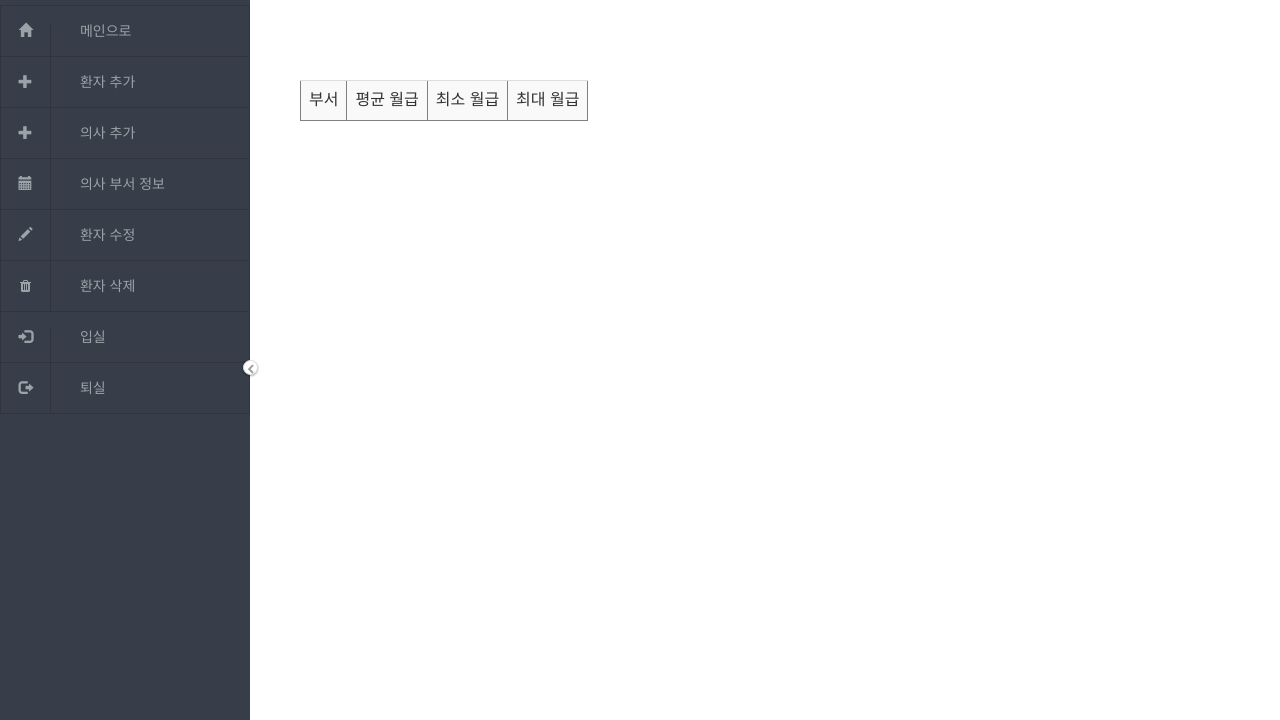
Repository: qaws1134/Hospital_manager
Page: http://localhost/project/D_clsif.jsp
The author's editor kept a copy of each file at every save. The page is drawn from the files as they stood at one save, then again after the next save.
The browser window is 1280 px wide. The pictures show the whole page.
Some web libraries are served in a nearby version. The page is served by Tomcat 9. The template is opened directly, without the code that normally fills it, so the values that code supplies are empty.

Above is the page before, as saved 2017-12-09 17:13:54.
Console error (its wording comes from the project's code and is left out).

After the next save:
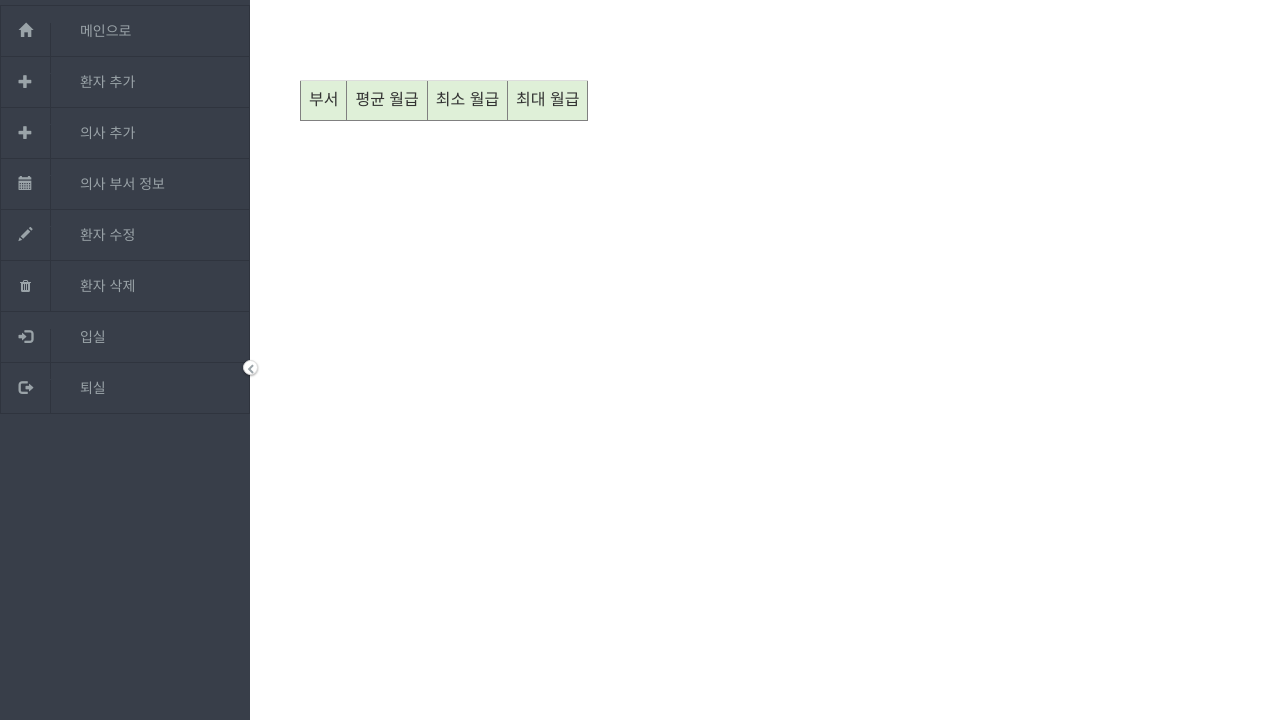
Saved 10 s later.
--- a/project/WebContent/D_clsif.jsp
+++ b/project/WebContent/D_clsif.jsp
@@ -207,7 +207,7 @@ nav ul li a span {
 
 <section style="position:absolute; top:80px;left:300px">
       <table border="1" class="table table-striped">
-      	<tr>
+      	<tr class="success">
       		<td>부서</td>
       		<td>평균 월급</td>
       		<td>최소 월급</td>
